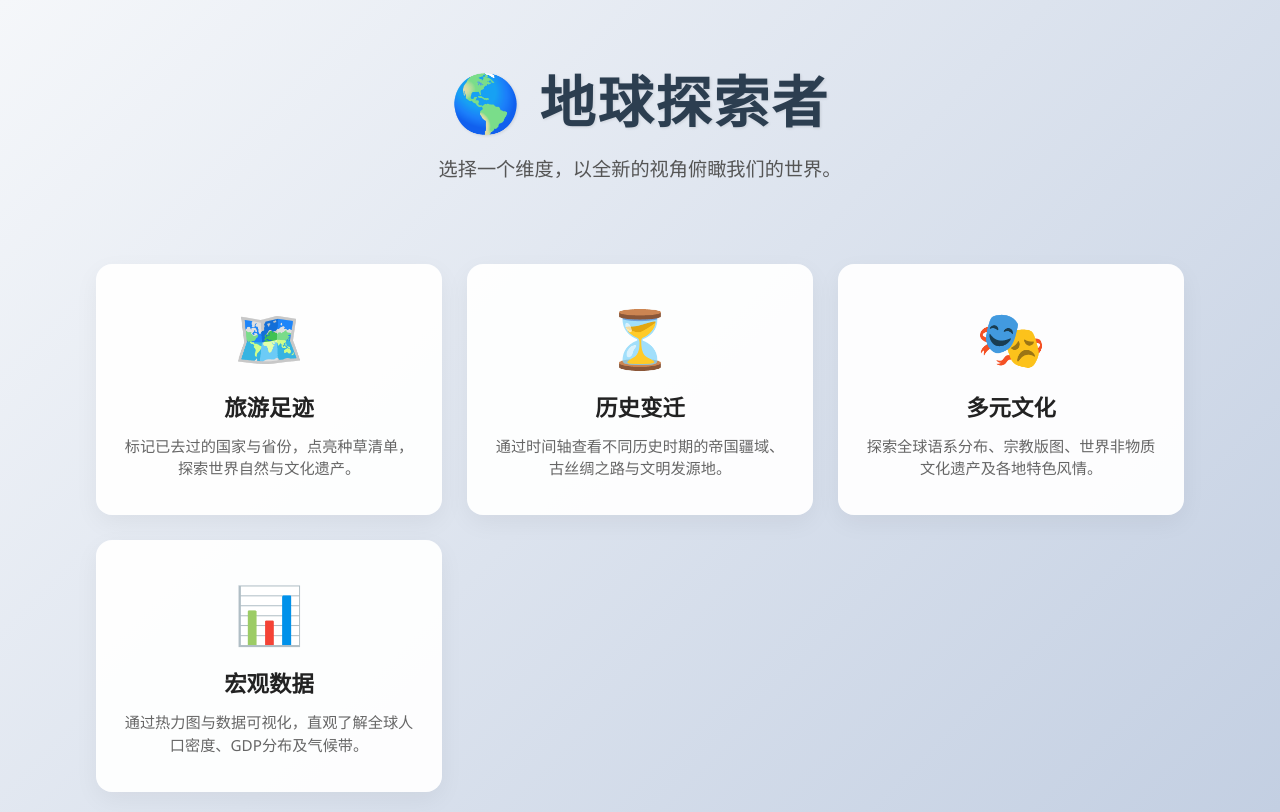
Repository: Kittylqn/world_map_website
Page: index.html
The author's editor kept a copy of each file at every save. The page is drawn from the files as they stood at one save, then again after the next save.
The browser window is 1280 px wide. The pictures show the whole page.

Above is the page before, as saved 2026-03-08 11:14:11.

After the next save:
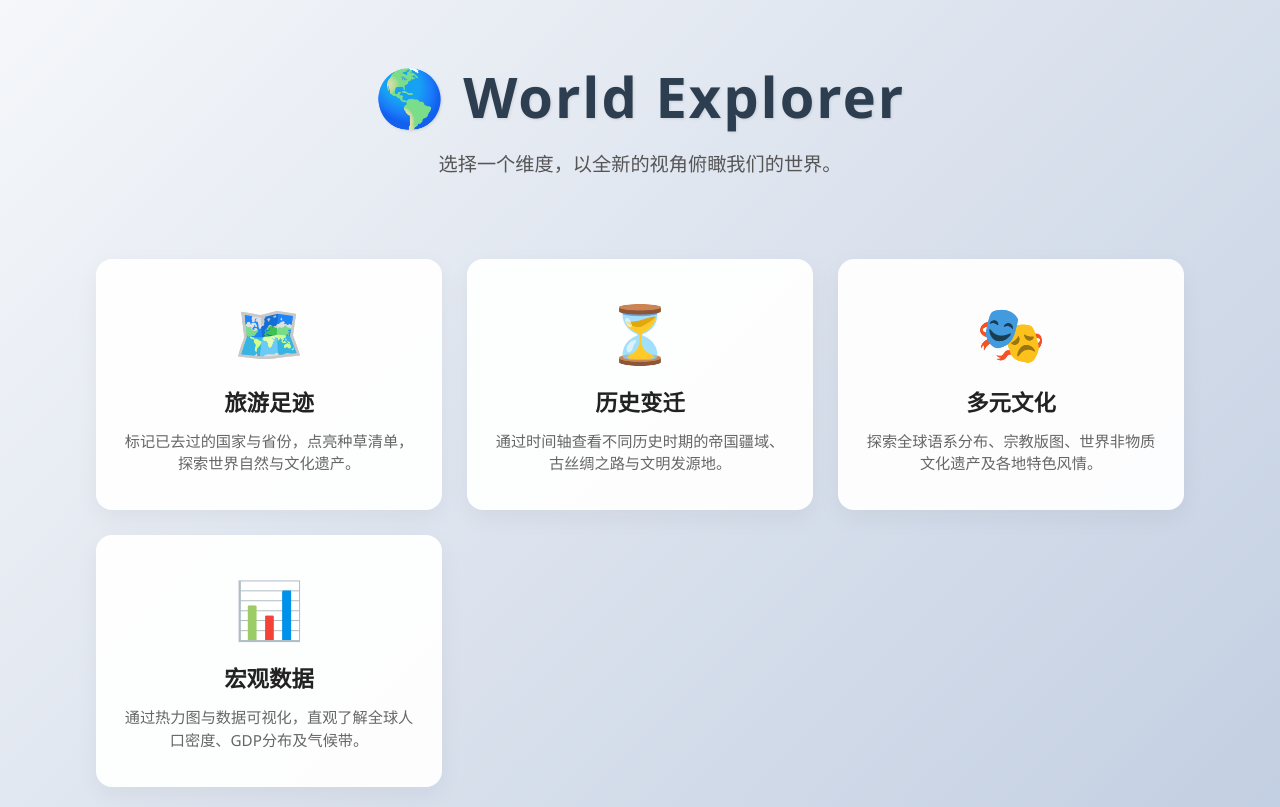
Saved 21 s later.
--- a/index.html
+++ b/index.html
@@ -145,7 +145,7 @@
 <body>
 
     <div class="hero">
-        <h1>🌎 地球探索者</h1>
+        <h1>🌎 World Explorer</h1>
         <p>选择一个维度，以全新的视角俯瞰我们的世界。</p>
     </div>
 
